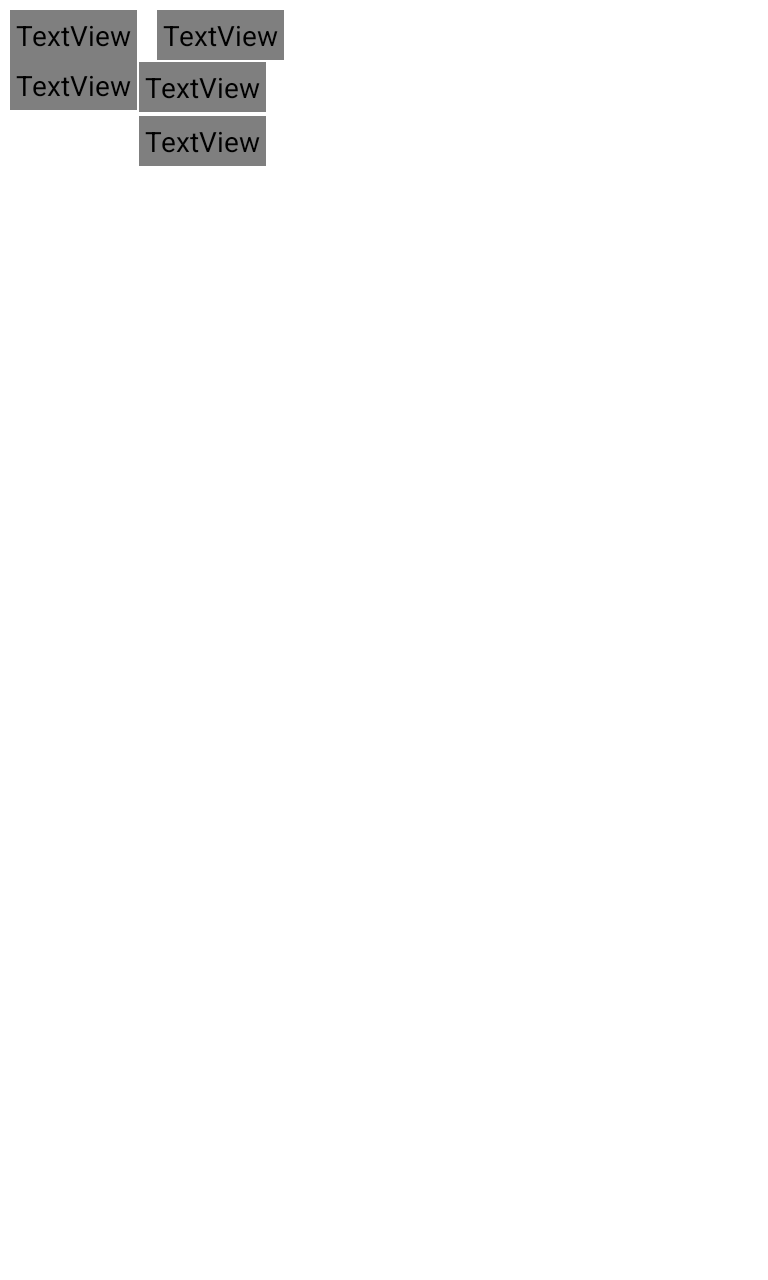
Repository: jascrer/Sistema_de_Inclusiones_IC-ITCR
Layout: ITCR.Inclutec/res/layout/detail_child_row.xml
The author's editor kept a copy of each file at every save. The layout is drawn from the files as they stood at one save, then again after the next save.
Pictures or frames that could not be fetched are drawn as grey boxes. It is drawn on a 768 x 1280 px phone screen (xhdpi) without system bars, with theme AppTheme; the app's code is not run. The app's manifest (not shown) leaves right-to-left support off. So textAlignment, textDirection and layoutDirection are ignored, and left and right values win over start and end ones.

Above is the layout before, as saved 2014-01-08 04:21:32.

After the next save:
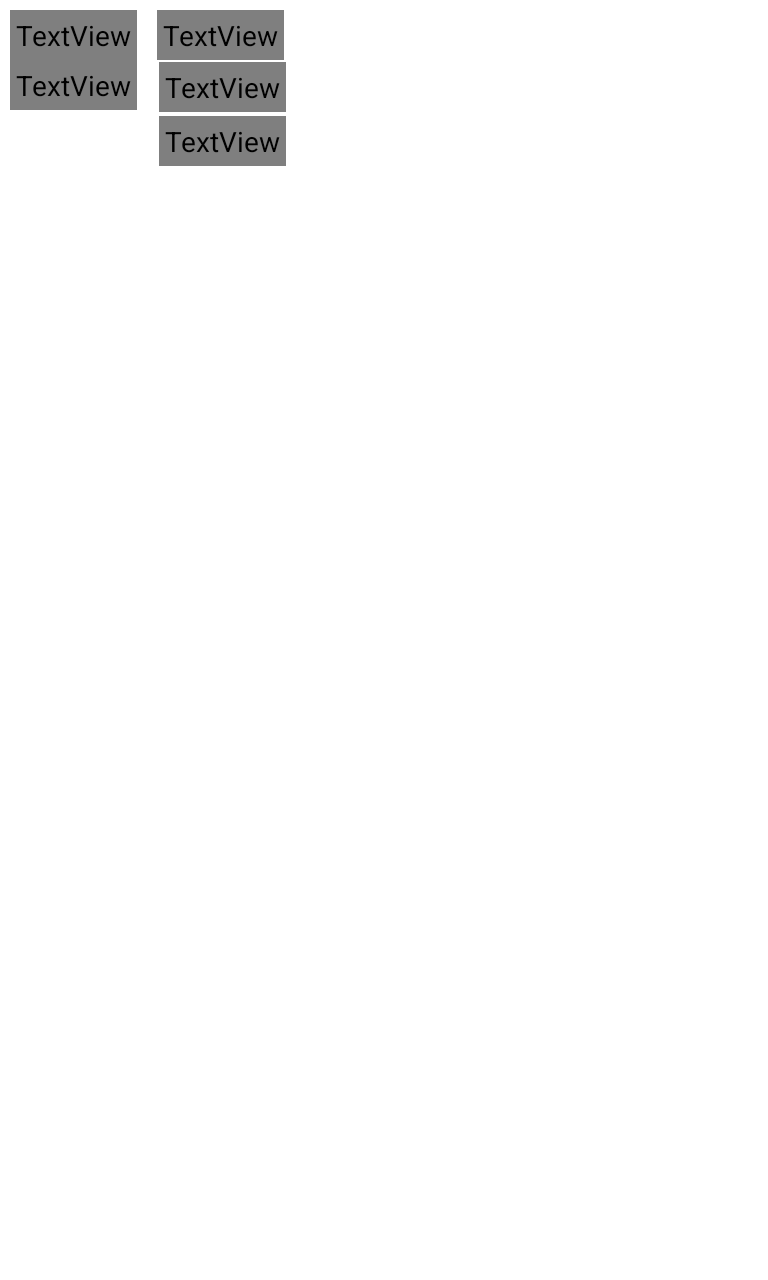
Saved 3 min 52 s later.
--- a/ITCR.Inclutec/res/layout/detail_child_row.xml
+++ b/ITCR.Inclutec/res/layout/detail_child_row.xml
@@ -64,6 +64,7 @@
 	    	android:layout_width="wrap_content"
 	    	android:layout_height="wrap_content"
 	    	android:layout_below="@+id/lbl_Profesor"
+	    	android:layout_alignLeft="@+id/lbl_Profesor"
 	    	android:layout_toRightOf="@+id/lbl_ForGrupo"
 	    	android:layout_margin="1dip"/>
 
@@ -80,6 +81,7 @@
 	    	android:layout_width="wrap_content"
 	    	android:layout_height="wrap_content"
 	    	android:layout_below="@+id/lbl_Horario"
+	    	android:layout_alignLeft="@+id/lbl_Profesor"
 	    	android:layout_toRightOf="@+id/lbl_ForGrupo"
 	    	android:layout_margin="1dip"/>
 
